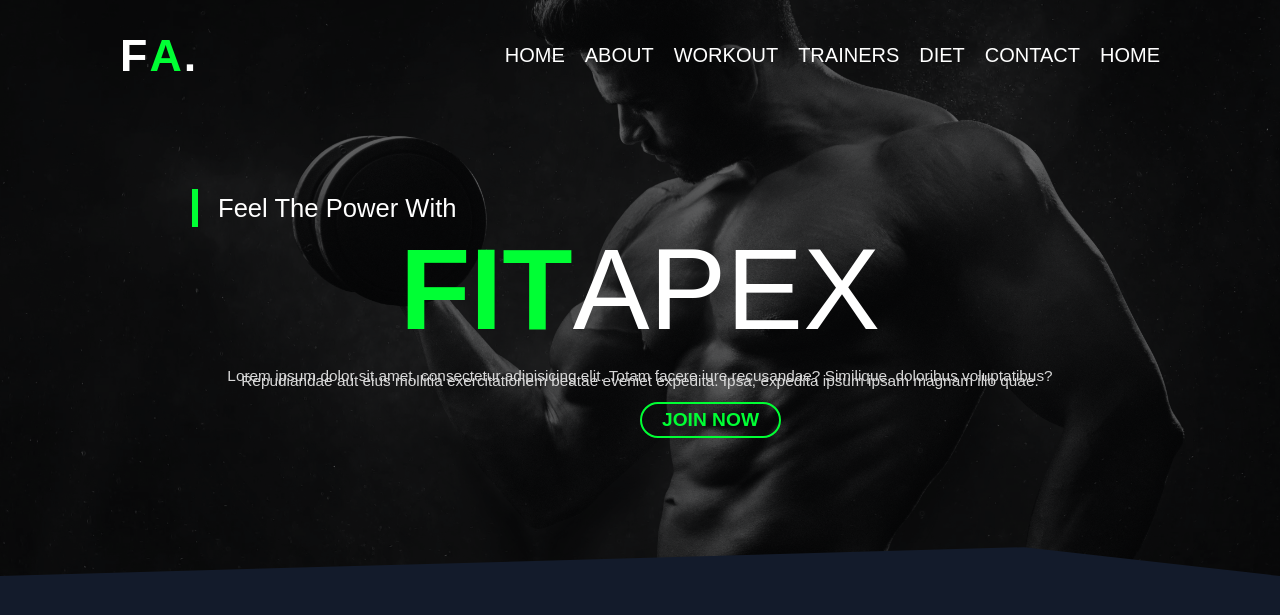
Repository: guilhermecardoso93/fitapex
Page: index.html
The author's editor kept a copy of each file at every save. The page is drawn from the files as they stood at one save, then again after a run of saves.
The browser window is 1280 px wide. The pictures show the whole page.

Above is the page before, as saved 2023-03-05 21:04:55.

### index.html
<!DOCTYPE html>
<html lang="pr-BR">
  <head>
    <meta charset="UTF-8" />
    <meta http-equiv="X-UA-Compatible" content="IE=edge" />
    <meta name="viewport" content="width=device-width, initial-scale=1.0" />
    <link rel="stylesheet" href="styles.css" />
    <link
      rel="stylesheet"
      href="https://cdnjs.cloudflare.com/ajax/libs/font-awesome/4.7.0/css/font-awesome.css"
    />
    <title>F.A GYM</title>
  </head>
  <body>
    <div class="navbar">
      <a href="#" class="logo">F<b>A</b>.</a>
      <ol>
        <li>
          <a href="#home">home</a>
        </li>
        <li>
          <a href="#about">about</a>
        </li>
        <li>
          <a href="#workout">workout</a>
        </li>
        <li>
          <a href="#trainers">trainers</a>
        </li>
        <li>
          <a href="#diet">diet</a>
        </li>
        <li>
          <a href="#contact">contact</a>
        </li>
        <li>
          <a href="#home">home</a>
        </li>
      </ol>
    </div>
    <section id="home" class="home view">
      <div class="highlights">
        <h3>feel the power with</h3>
        <h1><b>FIT</b>APEX</h1><br>
        <p class="tagline">
          Lorem ipsum dolor sit amet, consectetur adipisicing elit. Totam facere iure recusandae? Similique, doloribus voluptatibus? Repudiandae aut eius mollitia exercitationem beatae eveniet expedita. Ipsa, expedita ipsum ipsam magnam illo quae.
        </p>
        <button class="join">join now</button>
      </div>
      <div class="banner">

      </div>
    </section>
  </body>
</html>

### styles.css
@import url("https://fonts.googleapis.com/css2?family=Poppins:wght@400;500&display=swap");

@import "./css/_navbar.css";
@import "./css/_home.css";

* {
  margin: 0;
  padding: 0;
  box-sizing: border-box;
  font-family: "Poppisns", sans-serif;
  outline: none;
  color: #fff;
}

:root {
  --prime: #00ff34;
}

body {
  background-color: #131b2b;
}


.view {
  width: 100%;
  min-height: 80vh;
  position: relative;
}

### css/_navbar.css

.navbar {
  width: 100%;
  display: flex;
  position: fixed;
  padding: 30px 120px;
  background-color: transparent;
  justify-content: space-between;
  z-index: 1111;
  transition: 0.5s ease;
}

.logo {
  font-size: 2.8em;
  font-weight: 800;
  letter-spacing: 2px;
  text-transform: uppercase;
  text-decoration: none;
}

.logo B{
  color: var(--prime);
}

ol {
  display: flex;
  margin: auto 0;
}

ol li {
  list-style: none;
  margin-left: 20px;
}

ol li a {
  font-size: 20px;
  font-weight:500;
  text-transform: uppercase;
  text-decoration: none;
}

ol li:hover a {
  color: var(--prime);
}

### css/_home.css
.home {
  display: flex;
  min-height: 120vh;
  align-items: center;
  justify-content: center;
  clip-path: polygon(0 0, 100% 0, 100% 100%, 80% 95%, 0 100%);
}

.banner {
  height: 100%;
  width: 100%;
  position: absolute;
  background: url("../assets/banner.jpg");
  background-size: cover;
  background-position: center;
  filter: brightness(40%);
}

.highlights {
  width: 70%;
  position: relative;
  display: inline-block;
  z-index: 11;
}

.highlights h3 {
  display: inline;
  font-size: 2vw;
  padding: 5px 20px;
  font-weight: lighter;
  text-transform: capitalize;
  border-left: 6px solid var(--prime);
}

.highlights h1 {
  font-size: 9vw;
  text-align: center;
  font-weight: normal;
}

.highlights b {
  color: var(--prime);
  font-weight: 800;
  font-family: sans-serif;
}

.highlights .tagline {
  color: #d7d7d7;
  font-size: 1.2vw;
  text-align: center;
  font-weight: normal;
  line-height: 5px;
}

.highlights .join {
  position: absolute;
  left: 50%;
  margin-top: 1.2rem;
  padding: 5px 20px;

  transform: tanslateX(-500%);
  font-weight: 800;
  font-size: 1.5vw;
  text-transform: uppercase;

  color: var(--prime);
  border: 2px solid var(--prime);
  border-radius: 50px;
  background: transparent;

  transition: 0.3s ease;
}

.highlights .join:hover {
  color: #fff;
  cursor: pointer;
  letter-spacing: 1.5px;
  background: var(--prime);
}

After the next 4 saves:
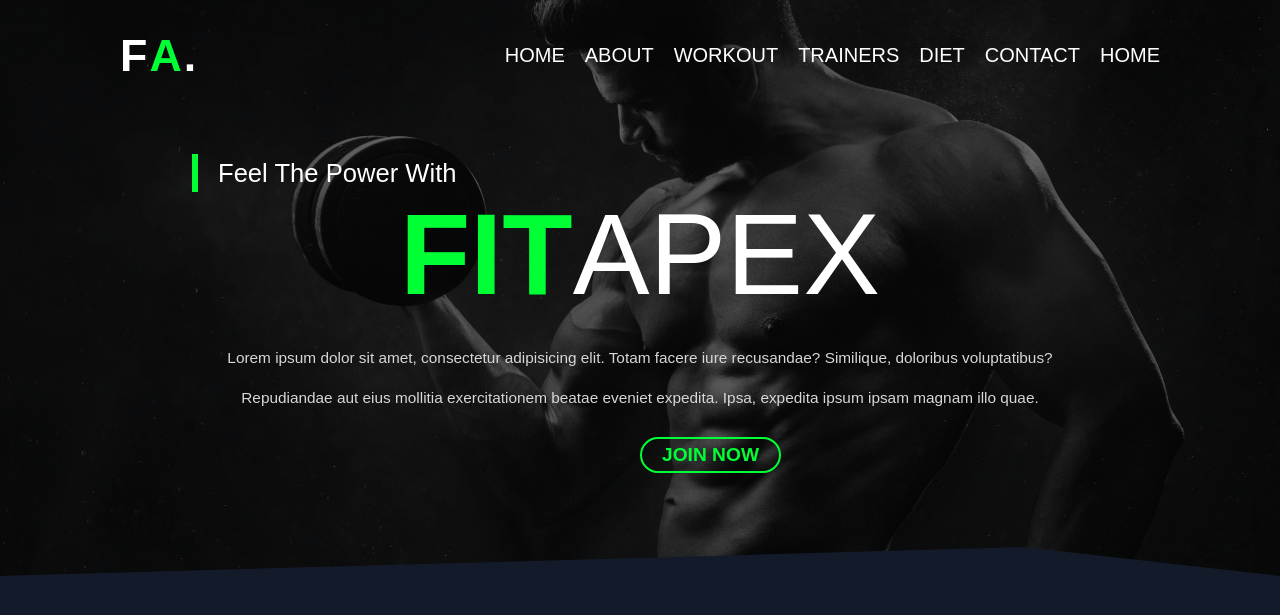
The 4 saves are shown as one change because they came seconds apart.
The last was saved 12 s later.
--- a/css/_home.css
+++ b/css/_home.css
@@ -49,7 +49,7 @@
   font-size: 1.2vw;
   text-align: center;
   font-weight: normal;
-  line-height: 5px;
+  line-height: 40px;
 }
 
 .highlights .join {
